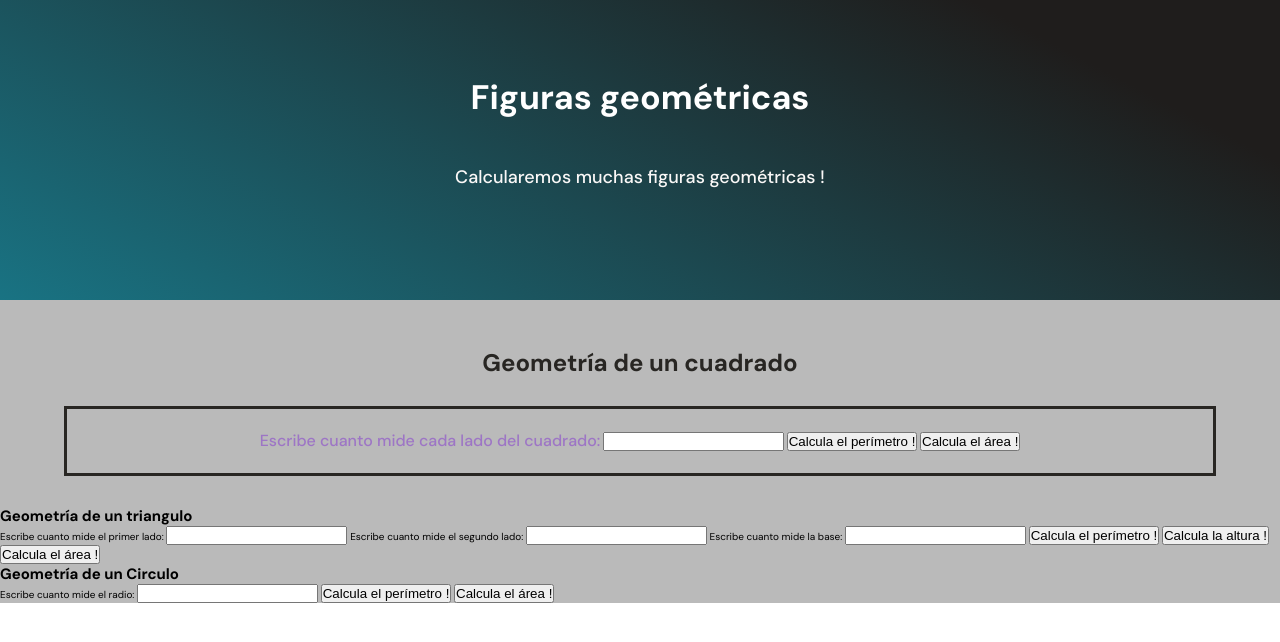
Repository: ChristianGecchelin/javascript-project
Page: javascript-project/figuras-geometricas/figuras.html
These files come from the project's save history. The page is drawn as it stood at one moment and after the next save; the edit follows.
The browser window is 1280 px wide. The pictures show the whole page.

Above is the page before, as saved 2021-12-01 23:10:06.

After the next save:
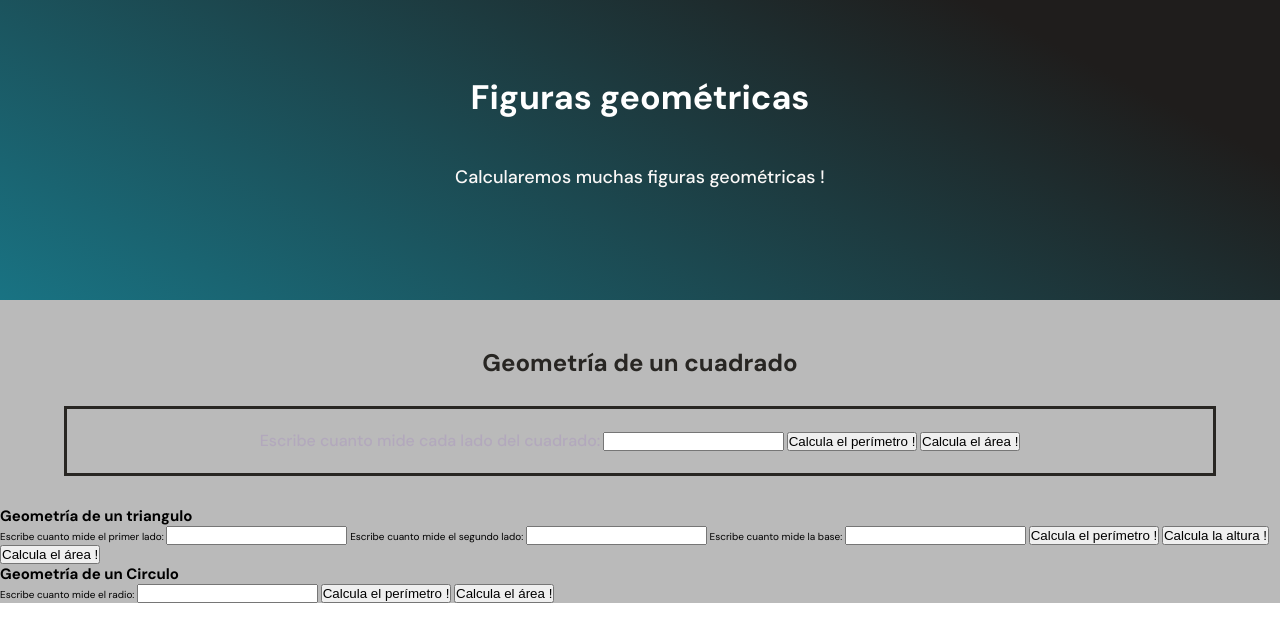
Saved 4 s later.
--- a/javascript-project/figuras-geometricas/style.css
+++ b/javascript-project/figuras-geometricas/style.css
@@ -82,5 +82,5 @@ main {
   font-size: 1.6rem;
   font-weight: 500;
   line-height: 2.4rem;
-  color: rgba(150, 100, 200, 0.8);
+  color: rgba(150, 100, 200, 0.2);
 }

After the save that followed:
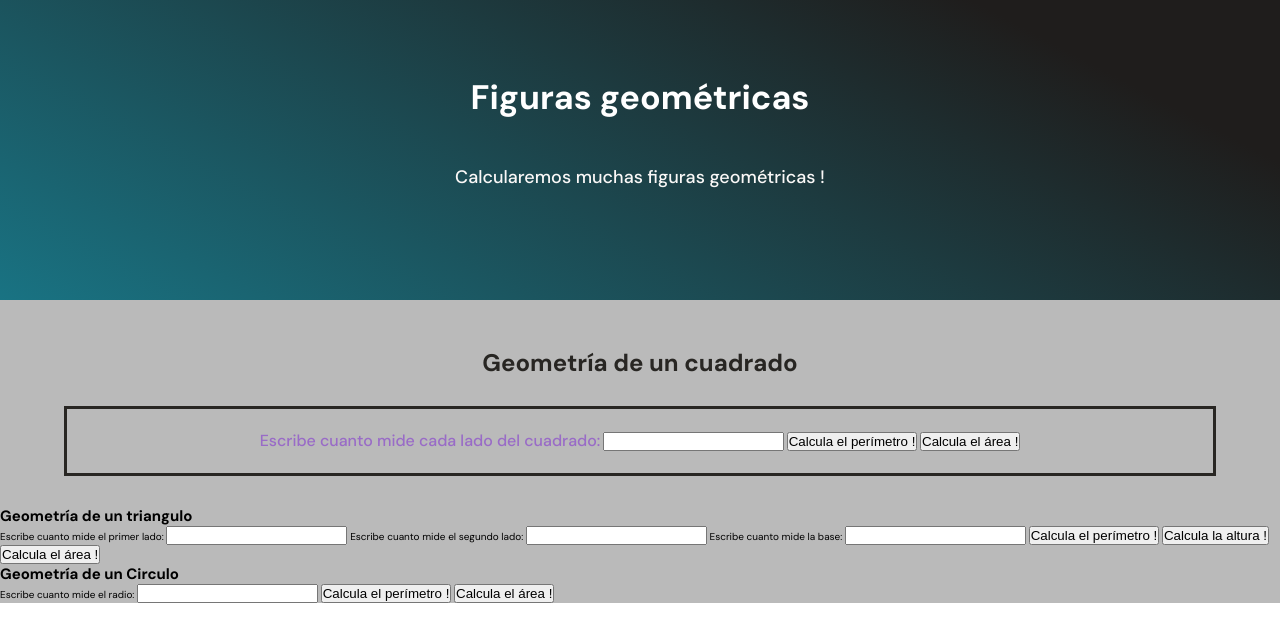
Saved 5 s later.
--- a/javascript-project/figuras-geometricas/style.css
+++ b/javascript-project/figuras-geometricas/style.css
@@ -82,5 +82,5 @@ main {
   font-size: 1.6rem;
   font-weight: 500;
   line-height: 2.4rem;
-  color: rgba(150, 100, 200, 0.2);
+  color: rgba(150, 100, 200, 0.92);
 }
